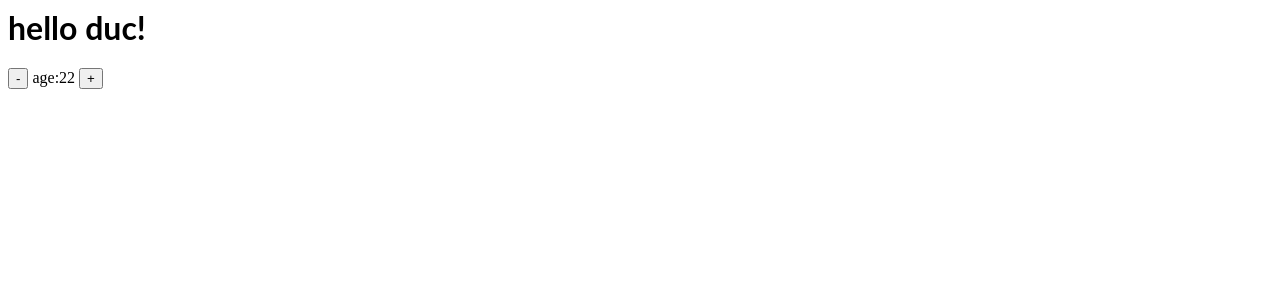
Repository: leduc24/baitap-angular100day
Page: / (app in angular_bai4/)
The author's editor kept a copy of each file at every save. The page is drawn from the files as they stood at one save, then again after the next save.
The browser window is 1280 px wide. The pictures show the whole page.
The project was rebuilt for these pictures with package versions that can differ from the ones it lists, and the page was loaded fresh each time. Also part of the build but not shown: angular_bai4/angular.json.

Above is the page before, as saved 2022-06-30 16:05:44.

After the next save:
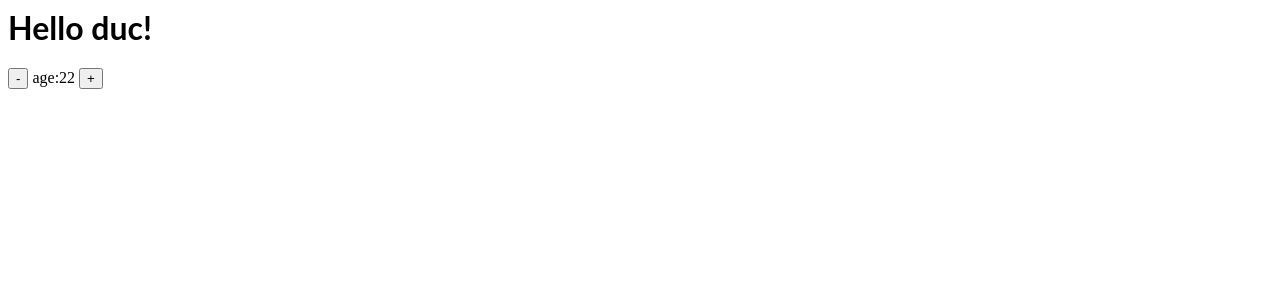
Saved 82 s later.
--- a/angular_bai4/src/app/hello.component.ts
+++ b/angular_bai4/src/app/hello.component.ts
@@ -2,7 +2,7 @@ import { Component, Input } from '@angular/core';
 
 @Component({
   selector: 'hello',
-  template: `<h1>hello {{name}}!</h1>`,
+  template: `<h1>Hello {{name}}!</h1>`,
   styles: [`h1 { font-family: Lato;}`]
 })
 export class HelloComponent  {
